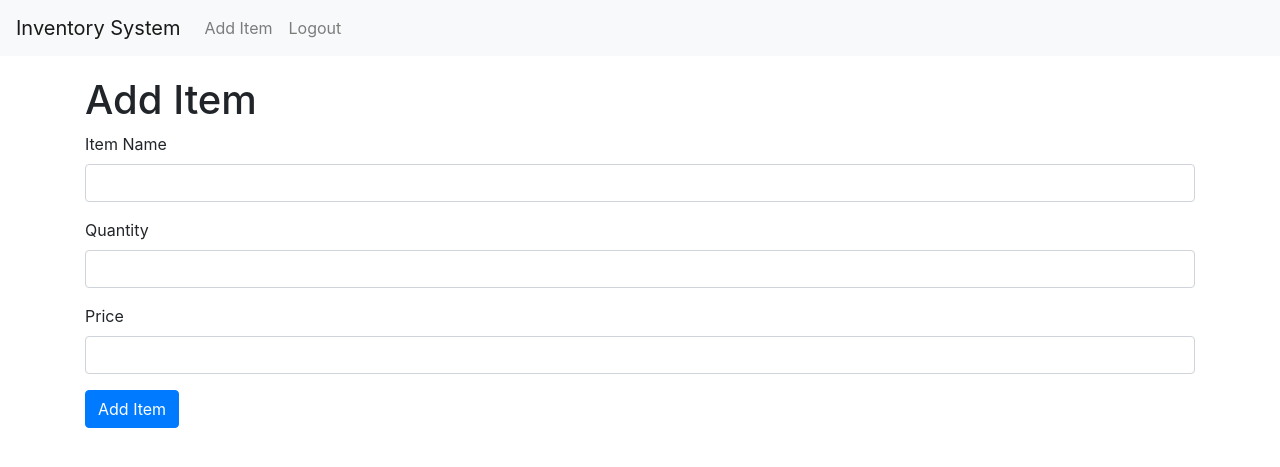
Repository: Stoldark/PLMUN
Page: http://localhost/add
An editor plug-in stored every save of this project. The page is shown before and after the next save, followed by the edit.
The browser window is 1280 px wide. The pictures show the whole page.
The page is served by the project's application, run on Flask 3 (tempCodeRunnerFile.py). The user the application loads for id 1 is signed in. The page reads the database file committed with the project.

Above is the page before, as saved 2024-09-22 18:21:27.

After the next save:
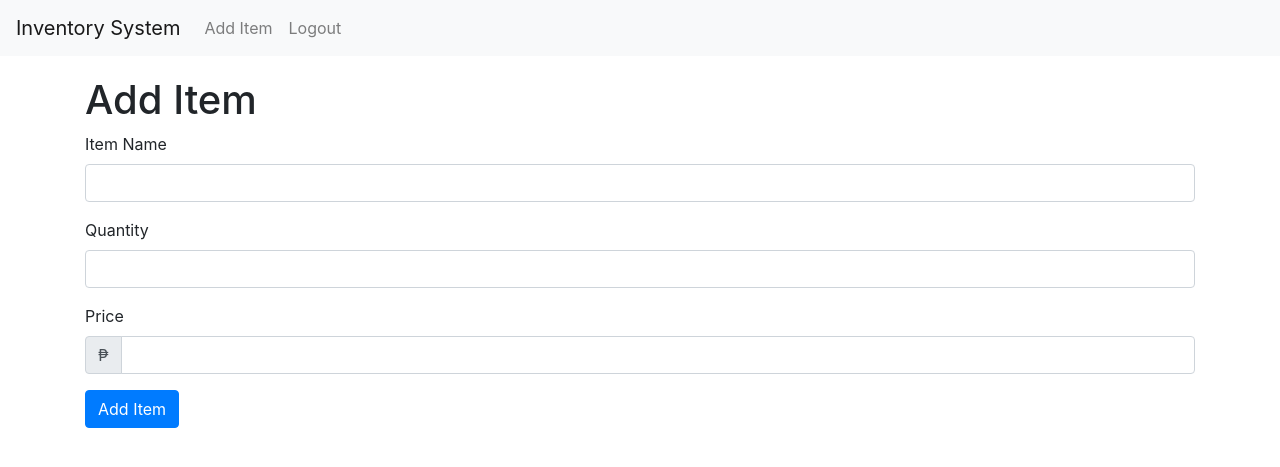
Saved 2 min 42 s later.
--- a/templates/add.html
+++ b/templates/add.html
@@ -15,7 +15,12 @@
         </div>
         <div class="form-group">
             <label for="price">Price</label>
-            <input type="number" step="0.01" class="form-control" name="price" required>
+            <div class="input-group">
+                <div class="input-group-prepend">
+                    <span class="input-group-text">₱</span>
+                </div>
+                <input type="number" step="0.01" class="form-control" name="price" required>
+            </div>
         </div>
         <button type="submit" class="btn btn-primary">Add Item</button>
     </form>
